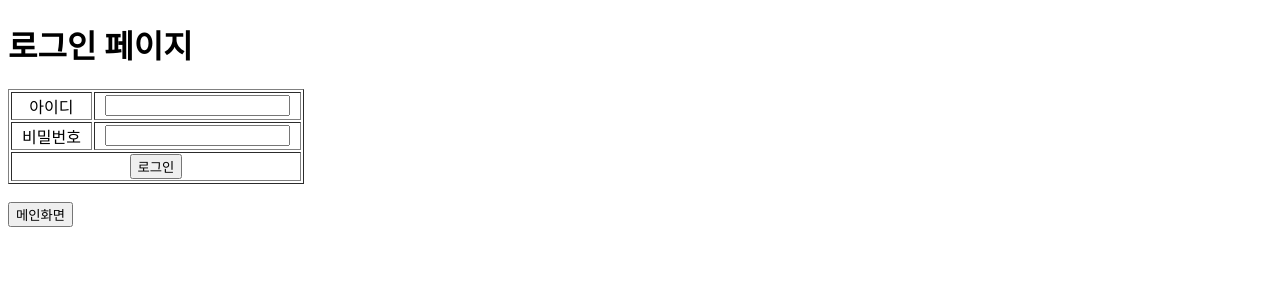
Repository: jjuhye/JSPWorkspace
Page: http://localhost/basic/05_memberLogin/03_21_loginForm.jsp
These files come from the project's save history. The page is drawn as it stood at one moment and after the next save; the edit follows.
The browser window is 1280 px wide. The pictures show the whole page.
The page is served by Tomcat 9.

Above is the page before, as saved 2023-02-22 02:18:32.

After the next save:
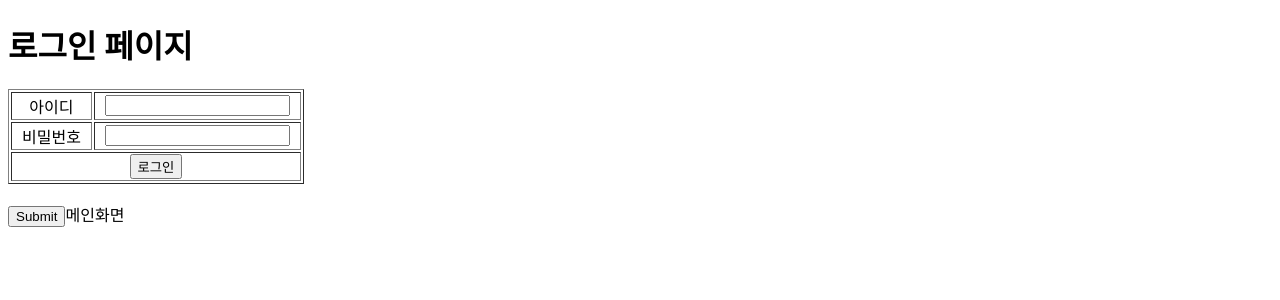
Saved 13 min 31 s later.
--- a/basic/src/main/webapp/05_memberLogin/03_21_loginForm.jsp
+++ b/basic/src/main/webapp/05_memberLogin/03_21_loginForm.jsp
@@ -8,6 +8,12 @@
 <link rel="stylesheet" href="./member.css">
 </head>
 <body>
+<%
+String idList[]=(String[])session.getAttribute("idList");
+String pwList[]=(String[])session.getAttribute("pwList");
+String nameList[]=(String[])session.getAttribute("nameList");
+String genderList[]=(String[])session.getAttribute("genderList");
+%>
 <h1> 로그인 페이지 </h1>
 
 <table border="1">
@@ -24,6 +30,6 @@
     </tr>
 </table>
 <br>
-<button>메인화면</button>
+<input type="submit" />메인화면
 </body>
 </html>
